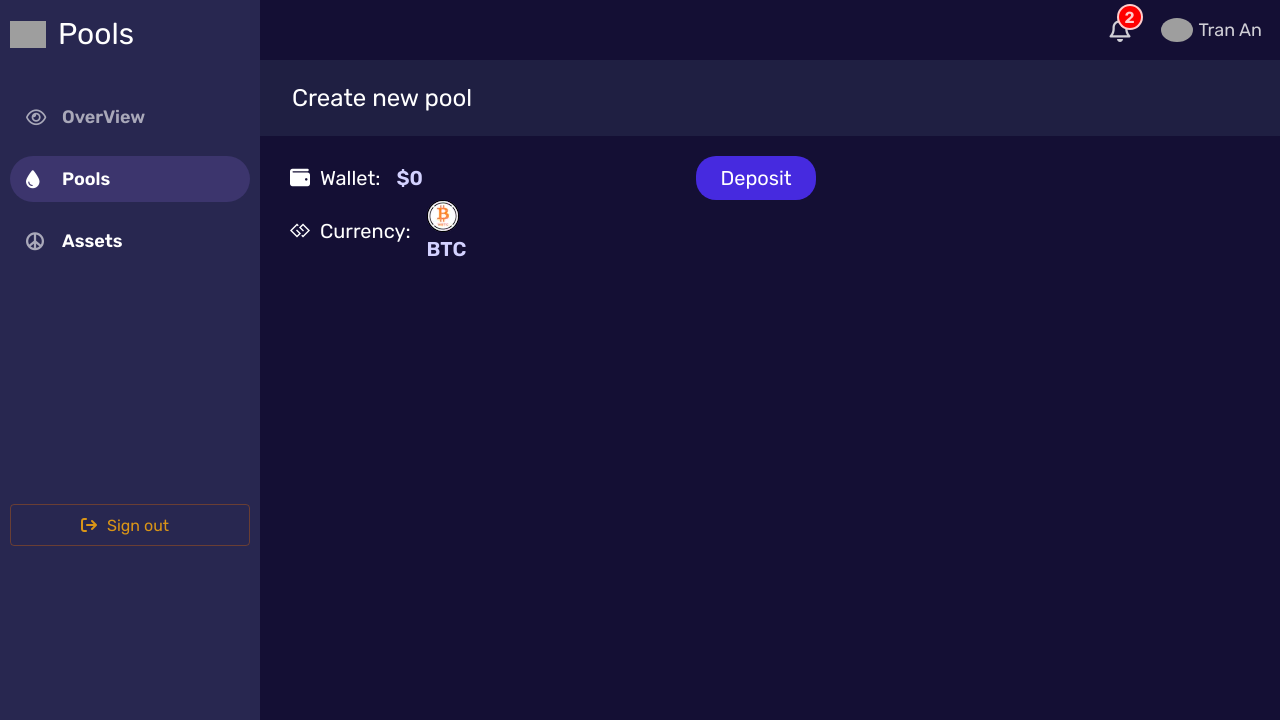
Repository: quynh232000/pools
Page: pool/create-pool.html
These files come from the project's save history. The page is drawn as it stood at one moment and after the next save; the edit follows.
The browser window is 1280 px wide. The pictures show the whole page.
Pictures or frames that could not be fetched are drawn as grey boxes.

Above is the page before, as saved 2023-07-14 00:28:56.

After the next save:
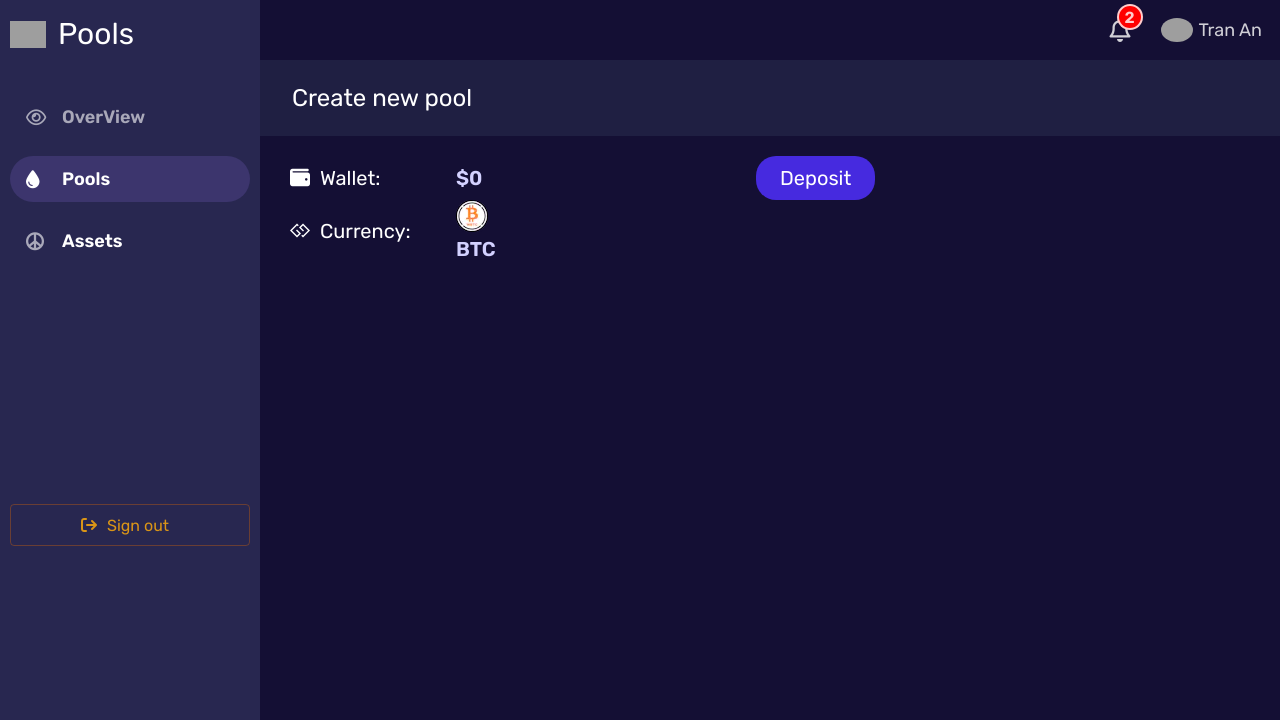
Saved 21 s later.
--- a/src/css/create-pool.css
+++ b/src/css/create-pool.css
@@ -11,6 +11,7 @@
 }
 .create-item-title{
     margin: 0 16px 0 10px;
+    min-width: 120px;
 
 }
 .create-item span{
